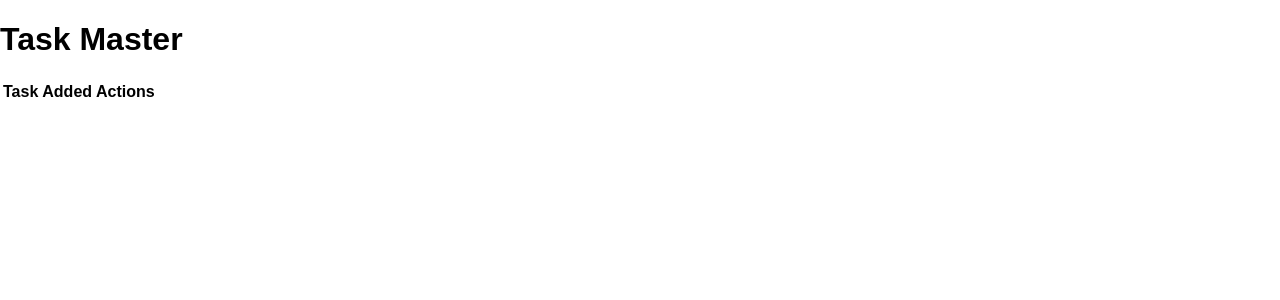
Repository: shaysnutss/FirstFlaskApp
Page: http://localhost/
These files come from the project's save history. The page is drawn as it stood at one moment and after a run of saves; the edit follows.
The browser window is 1280 px wide. The pictures show the whole page.
The page is served by the project's application, run on Flask 3 (app.py).

Above is the page before, as saved 2022-08-25 01:09:38.

After the next 3 saves:
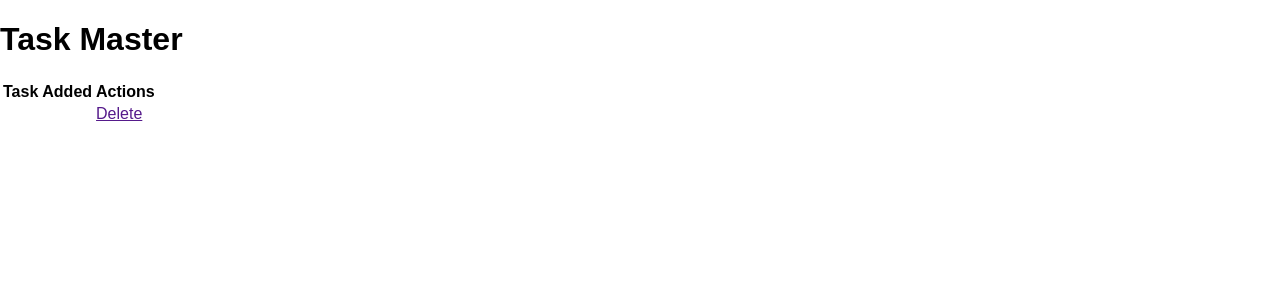
The 3 saves are shown as one change because they came seconds apart.
The last was saved 14 s later.
--- a/templates/index.html
+++ b/templates/index.html
@@ -17,6 +17,8 @@
             <td></td>
             <td></td>
             <td>
+                <a href="">Delete</a>
+                <br>
                 <a href=""></a>
             </td>
         </tr>
